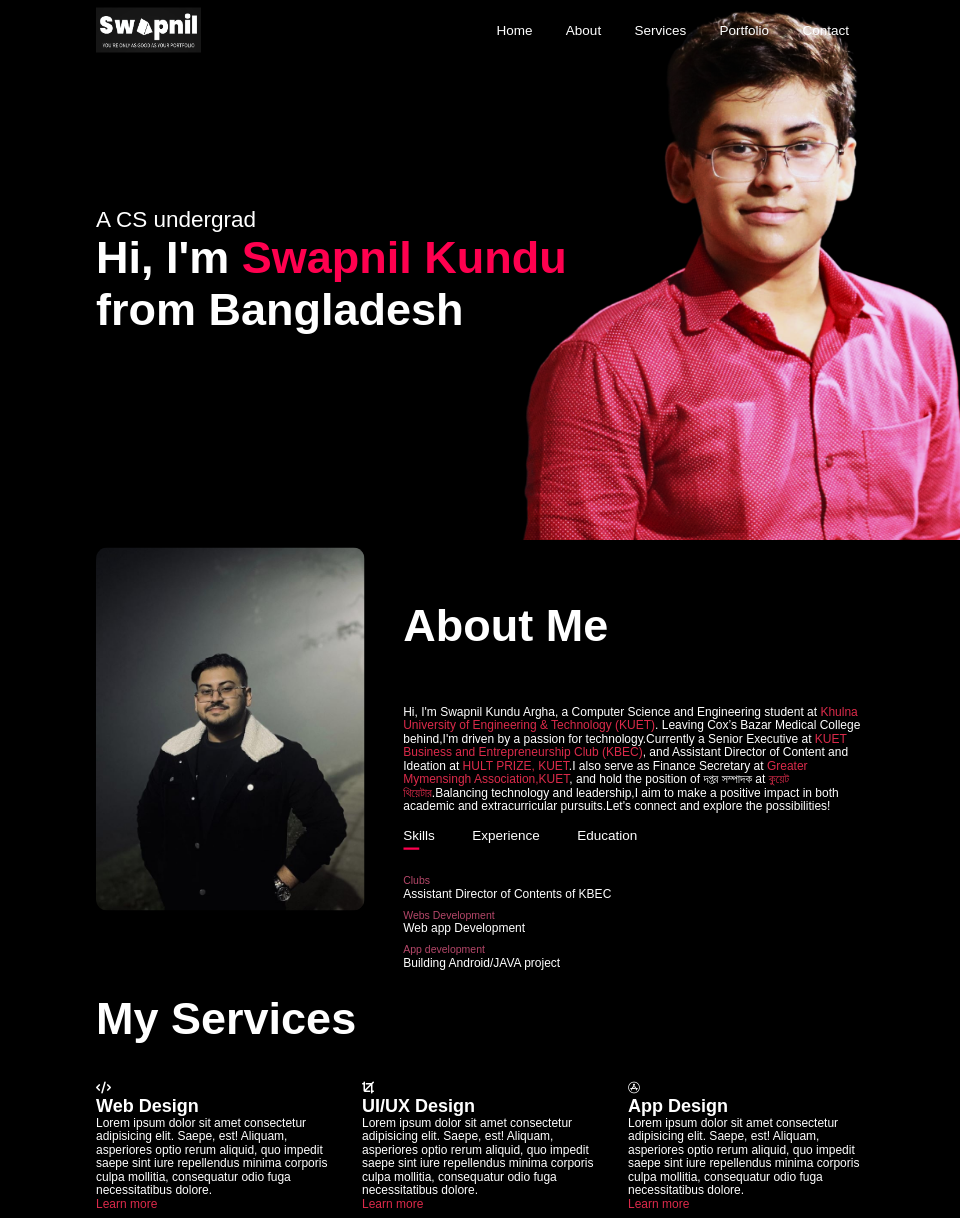
Repository: SwapnilKundu/portfolio
Page: index.html
These files come from the project's save history. The page is drawn as it stood at one moment and after a run of saves; the edit follows.
The browser window is 1280 px wide. The pictures show the whole page, at 75% of full size.
Some web libraries are served in a nearby version.

Above is the page before, as saved 2024-01-20 10:15:55.

### index.html
<!DOCTYPE html>
<html lang="en">
<head>
    <meta charset="UTF-8">
    <meta name="viewport" content="width=device-width, initial-scale=1.0">
    <title>Personal Portfolio Website</title>
    <link rel="stylesheet" href="style.css">
    <script src="https://kit.fontawesome.com/74456a4746.js" crossorigin="anonymous"></script>
</head>
<body>
  <div id="header">
    <div class="container">
        <nav>
            <img src="images/logo1.png" class="logo" width="40" height="60">
            <ul>
                <li><a href ="#">Home</a></li>
                <li><a href ="#">About</a></li>
                <li><a href ="#">Services</a></li>
                <li><a href ="#">Portfolio</a></li>
                <li><a href ="#">Contact</a></li>
            </ul>
        </nav>
        <div class="header-text">
            <p>A CS undergrad </p>
            <h1>Hi, I'm <span>Swapnil Kundu</span> <br> from Bangladesh</h1>
        </div>
    </div>
  </div>
  <div id="about">
    <div class="container">
        <div class="row">
            <div class="about-col-1">
                <img src="images/Aboutme4.jpg" alt="Profile Image">
            </div>
            <div class="about-col-2">
                <h1 class="sub-title"><br>About Me</h1>
                <p>
                    <br><br><br><br>Hi, I'm Swapnil Kundu Argha, a Computer Science and Engineering student at <a href="http://www.kuet.ac.bd/" target="_blank">Khulna University of Engineering & Technology (KUET)</a>. Leaving Cox’s Bazar Medical College behind,I'm driven by a passion for technology.Currently a Senior Executive at <a href="https://www.facebook.com/KBEC.official">KUET Business and Entrepreneurship Club (KBEC)</a>, and Assistant Director of Content and Ideation at <a href="https://scontent.fjsr8-1.fna.fbcdn.net/v/t39.30808-6/414475463_878653704262850_605489790676270348_n.jpg?_nc_cat=106&ccb=1-7&_nc_sid=dd5e9f&_nc_eui2=AeG7qaCzWQGluZMTMKWtrD6ipcnI0dawWuilycjR1rBa6PLkHzdtJERiOyrmRQaxy3TT_q5vz9qIQ5m4l8xfiGP6&_nc_ohc=qg8Pu4EAUVYAX9avaA_&_nc_ht=scontent.fjsr8-1.fna&oh=00_AfBZ6Lqa5248mqS64WxhR3KxGRhN1UCrqkgUgA0V5dsZlw&oe=65AF45DF">HULT PRIZE, KUET</a>.I also serve as Finance Secretary at <a href="#link-to-GMA">Greater Mymensingh Association,KUET</a>, and hold the position of দপ্তর সম্পাদক at <a href="#link-to-theater">কুয়েট থিয়েটার</a>.Balancing technology and leadership,I aim to make a positive impact in both academic and extracurricular pursuits.Let's connect and explore the possibilities!
                </p>

                <div class="tab-titles">
                    <p class="tab-links active" onclick="opentab('skills')">Skills</p>
                    <p class="tab-links" onclick="opentab('experience')">Experience</p>
                    <p class="tab-links"onclick="opentab('education')">Education</p>
            </div>
            <div class="tab-contents active-tab"id ="skills">
                <ul>
                    <li><span>Clubs</span><br>Assistant Director of Contents of KBEC</li>
                    <li><span>Webs Development</span><br>Web app Development</li>
                    <li><span>App development</span><br>Building Android/JAVA project</li>
                </ul>
            </div>
            <div class="tab-contents" id ="experience">
                <ul>
                    <li><span>2022-Current</span><br>An Active member of KBEC</li>
                    <li><span>2023-Semester 2.2</span><br>App Development by JAVA</li>
                    <li><span>2024-Semester 3.1</span><br>Web Development by HTML,CSS,JAVA</li>
                    <li><span>2022-Current</span><br>An Active member of KBEC</li>

                </ul>
            </div>

            <div class="tab-contents" id ="education">
                <ul>
                    <li><span>2018</span><br>SSC from Mymensingh Zilla School,Mymensingh</li>
                        <li><span>2020</span><br>HSC from Ananda Mohan College,Mymensingh</li>
                        <li><span>From March,2022</span><br>Currently studying BSc in CSE department</li>
                </ul>
            </div>
        </div>
    </div>
  </div>

  <div id="Services">
    <div class ="container">
    <h1 class="sub-title">My Services</h1>
    <div class ="services-list">

        <div>
            <i class="fa-solid fa-code"></i>
            <h2>
                Web Design
            </h2>
            <p>Lorem ipsum dolor sit amet consectetur adipisicing elit. Saepe, est! Aliquam, asperiores optio rerum aliquid, quo impedit saepe sint iure repellendus minima corporis culpa mollitia, consequatur odio fuga necessitatibus dolore.

            </p>
            <a href="#">Learn more</a>
        </div>
        <div>
            <i class="fa-solid fa-crop"></i>
            <h2>
                UI/UX Design
            </h2>
            <p>Lorem ipsum dolor sit amet consectetur adipisicing elit. Saepe, est! Aliquam, asperiores optio rerum aliquid, quo impedit saepe sint iure repellendus minima corporis culpa mollitia, consequatur odio fuga necessitatibus dolore.

            </p>
            <a href="#">Learn more</a>
        </div>
        <div>
            <i class="fa-brands fa-app-store"></i>
            <h2>

                App Design
            </h2>
            <p>Lorem ipsum dolor sit amet consectetur adipisicing elit. Saepe, est! Aliquam, asperiores optio rerum aliquid, quo impedit saepe sint iure repellendus minima corporis culpa mollitia, consequatur odio fuga necessitatibus dolore.

            </p>
            <a href="#">Learn more</a>
        </div>
        </div>
    </div>
  </div>
  <script>
    var tablinks = document.querySelectorAll(".tab-links");
    var tabcontents = document.querySelectorAll(".tab-contents");

    function opentab(tabname) {
        for (tablink of tablinks) {
            tablink.classList.remove("active-link");
        }

        for (tabcontent of tabcontents) {
            tabcontent.classList.remove("active-tab");
        }

        var activeTab = document.getElementById(tabname);
        activeTab.classList.add("active-tab");

        var activeLink = document.querySelector(`.tab-links[data-tab="${tabname}"]`);
        activeLink.classList.add("active-link");
    }
</script>

</body>
</html>

### style.css
*
{
    margin: 0;
    padding: 0;
    font-family: 'Poppins',sans-serif;
    box-sizing: border-box;
}

body
{
    background: #000;
    color: #fff;
}
#header
{
    width: 100%;
    height: 100vh;
    background-image: url(images/ccc2.png);
    background-size: cover;
    background-position: left;
    background-repeat: no-repeat;
    overflow: hidden;
}
.container
{
padding: 10px 10%;
}
nav{
    display: flex;
    align-items: center;
    justify-content: space-between;
    flex-wrap: wrap;
}
.logo{
    width: 140px;
}

nav ul li{
    display:inline-block;
    list-style: none;
    margin: 10px 20px;

}
nav ul li a{
    color: #fff;
    text-decoration:none ;
    font-size: 18px;
    position: relative;
}

nav ul li a::after
{
    content: '';
    width:0;
    height:3px;
    background:#ff004f;
    position: absolute;
    left: 0;
    bottom: -6px;
    transition: 0.5s;

}
nav ul li a:hover::after
{
    width:100%;
}
.header-text{
    margin-top: 20%;
    font-size: 30px;
}
.header-text h1
{
    font-size:60px;
}
.header-text h1 span
{
    color:#ff004f;
}

#about a {
    color: #db2a4a;
    text-decoration: none;
}

#about a:hover {
    color: #ababab;
}
.row
{
    display: flex;
    justify-content: space-between;
    flex-wrap: wrap;
}

.about-col-1{
    flex-basis:35%;
}
.about-col-1 img
{
    width: 100%;
    border-radius: 15px;
}

.about-col-2
{
    flex-basis: 60%;
}

.sub-title
{
    font-size:60px;
    font-weight:600;
    color:#fff;
}

.tab-titles {
    display: flex;
    margin: 20px 0 40px;
}

.tab-links {
    margin-right: 50px;
    font-size: 18px;
    font-weight: 500;
    cursor: pointer;
    position: relative;
    color: #fff;
    text-decoration: none;
    transition: color 0.5s;
}

.tab-links::after {
    content: '';
    width: 0;
    height: 3px;
    background: #ff004f;
    position: absolute;
    left: 0;
    bottom: -8px;
    transition: 0.5s;
}

.tab-links:hover {
    color: #ff004f; /* Change the color on hover */
}

.tab-links.active::after {
    width: 50%;
}
.tab-contents ul li
{
    list-style:none;
    margin:10px 0;
}
.tab-contents ul li span
{
    color:#b54769;
    font-size: 14px;
}
.tab-contents
{
    display: none;
}
.tab-contents.active-tab
{
    display: block;
}




#services-list
{

    padding :30px 0;
}
.services-list
{
    display:grid;
    grid-template-columns: repeat(auto-fit,minmax(250px, 1fr));
    grid-gap:40px;
    margin-top: 50px;
}
.services-list div{
    background:
}

After the next 3 saves:
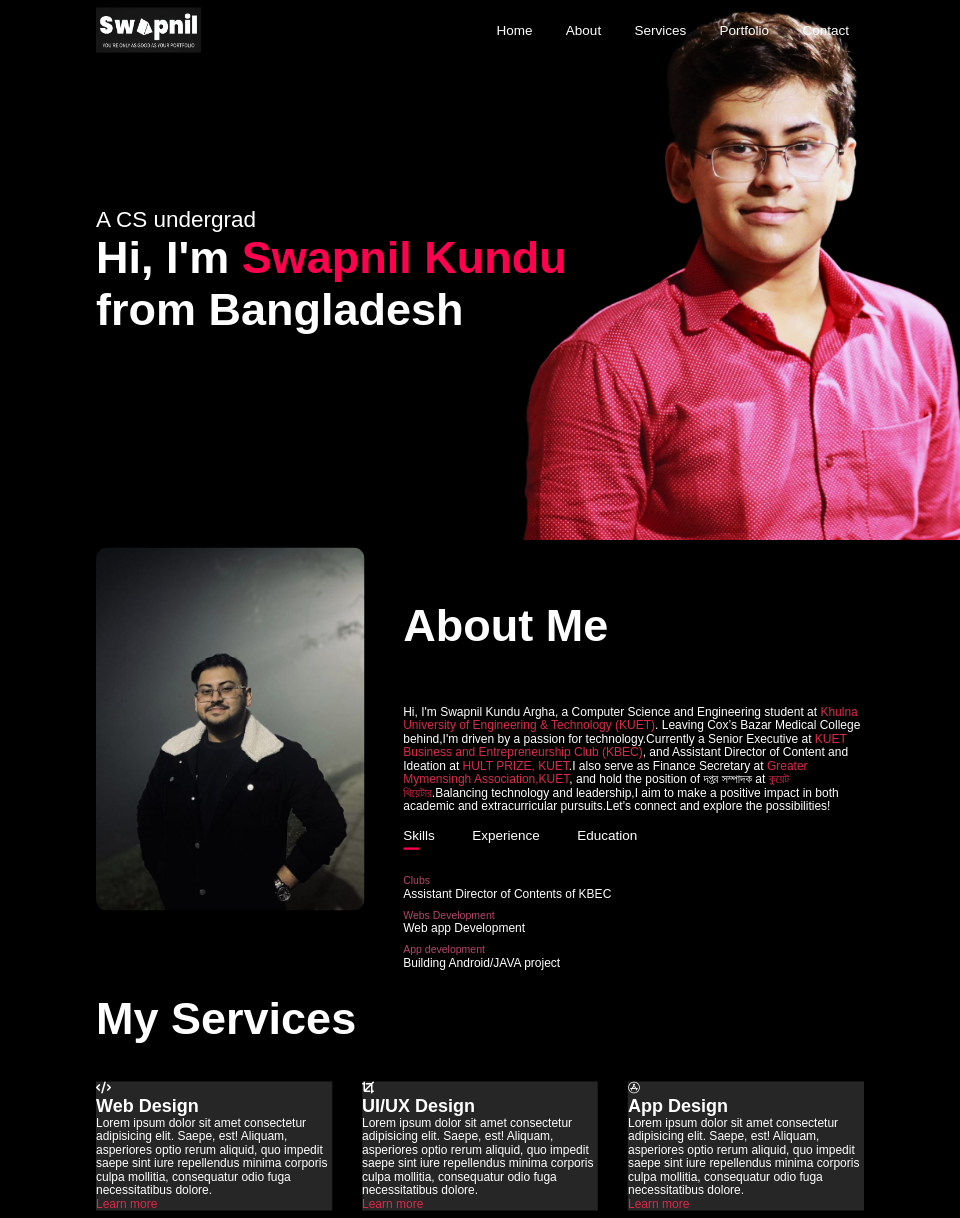
The 3 saves are shown as one change because they came seconds apart.
The last was saved 12 s later.
--- a/style.css
+++ b/style.css
@@ -182,5 +182,6 @@ nav ul li a:hover::after
     margin-top: 50px;
 }
 .services-list div{
-    background:
+    background:#262626;
+
 }
